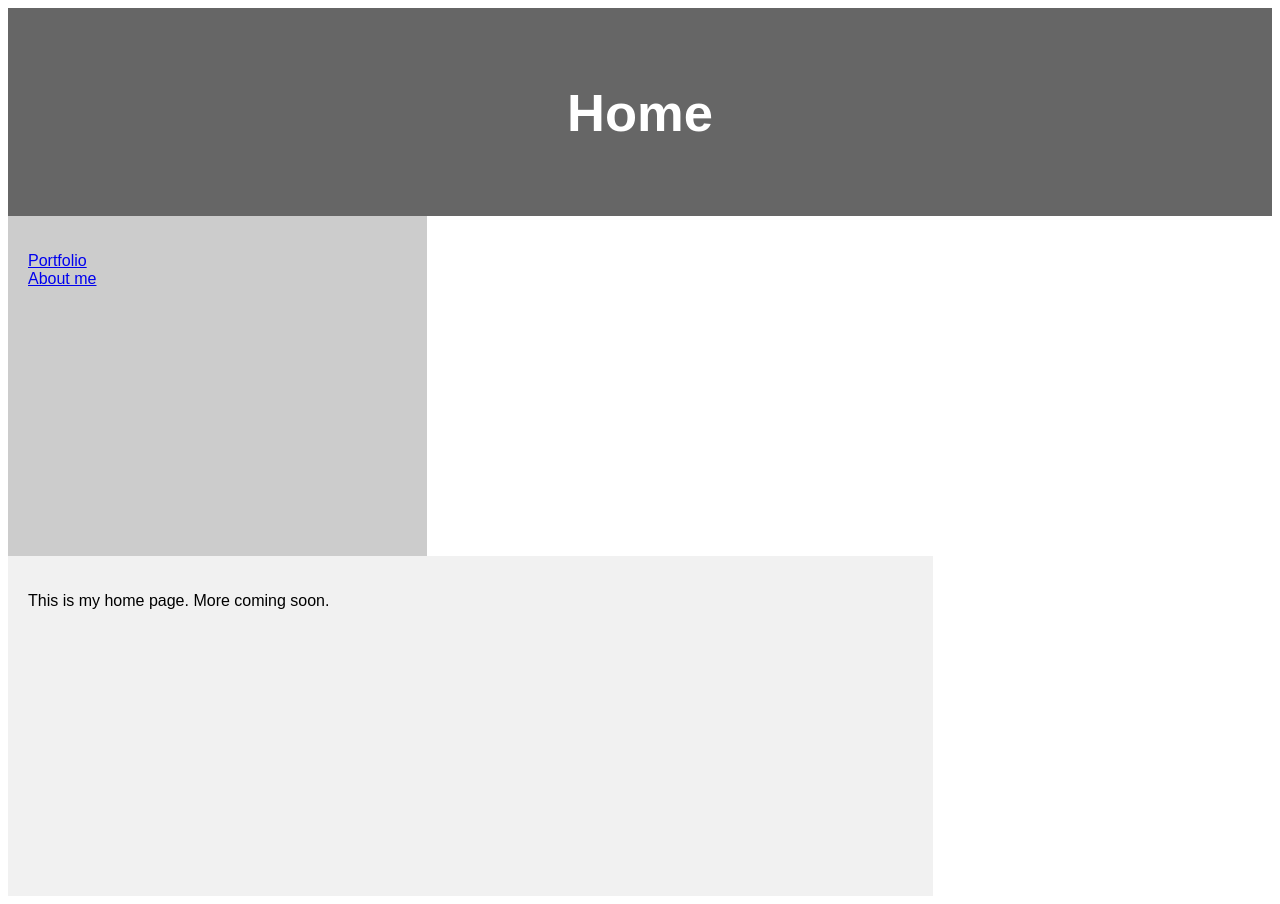
Repository: Cedric-floressantos/Cedric-floressantos.github.io
Page: my_website/index.html
The author's editor kept a record of every edit. The page is drawn from the files as they stood at one moment, then again after the next edit.
The browser window is 1280 px wide. The pictures show the whole page.

Above is the page before.

After the next edit:
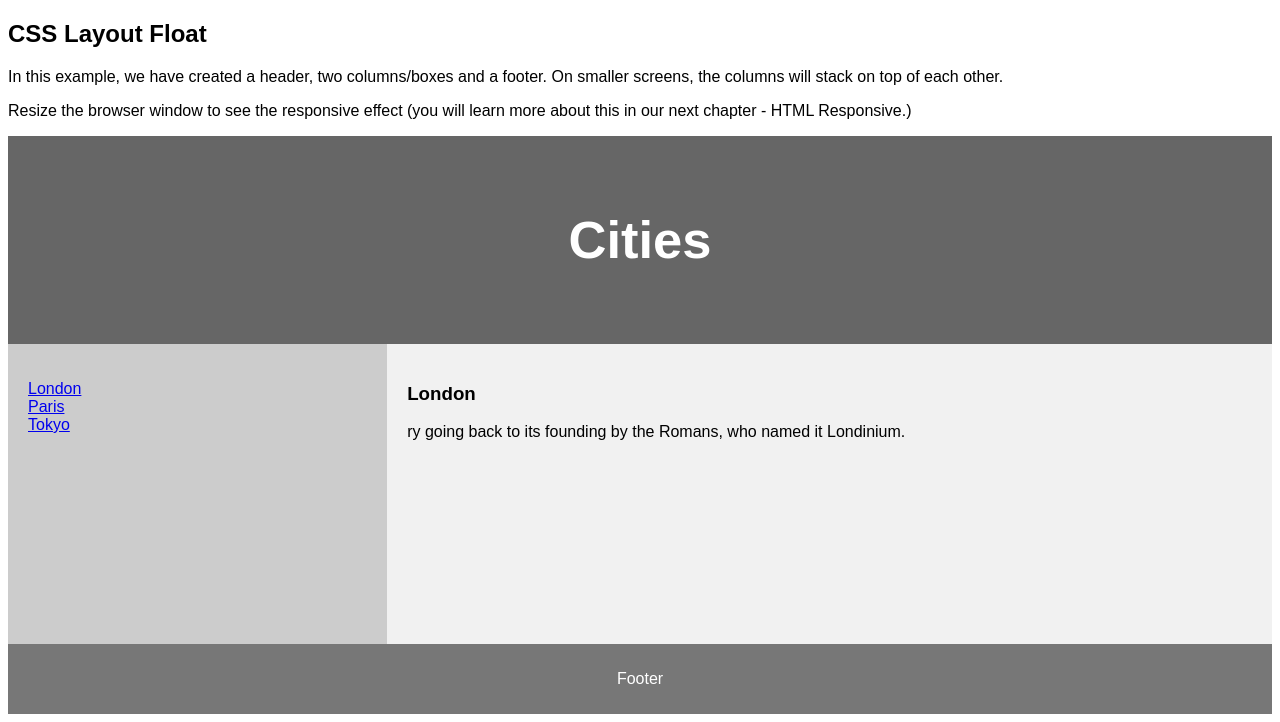
The edit:
--- a/my_website/index.html
+++ b/my_website/index.html
@@ -5,6 +5,9 @@
 <meta charset="utf-8">
 <meta name="viewport" content="width=device-width, initial-scale=1">
 <style>
+* {
+  box-sizing: border-box;
+}
 
 body {
   font-family: Arial, Helvetica, sans-serif;
@@ -39,16 +42,17 @@
   padding: 20px;
   width: 70%;
   background-color: #f1f1f1;
-  height: 300px;
+  height: 300px; /* only for demonstration, should be removed */
 }
 
+/* Clear floats after the columns */
 section:after {
   content: "";
   display: table;
   clear: both;
 }
 
-
+/* Style the footer */
 footer {
   background-color: #777;
   padding: 10px;
@@ -56,7 +60,7 @@
   color: white;
 }
 
-
+/* Responsive layout - makes the two columns/boxes stack on top of each other instead of next to each other, on small screens */
 @media (max-width: 600px) {
   nav, article {
     width: 100%;
@@ -67,22 +71,32 @@
 </head>
 <body>
 
+<h2>CSS Layout Float</h2>
+<p>In this example, we have created a header, two columns/boxes and a footer. On smaller screens, the columns will stack on top of each other.</p>
+<p>Resize the browser window to see the responsive effect (you will learn more about this in our next chapter - HTML Responsive.)</p>
+
 <header>
-  <h2>Home</h2>
+  <h2>Cities</h2>
 </header>
 
 <section>
   <nav>
     <ul>
-      <li> <a href="portfolio.html">Portfolio</a></li>
-      <li><a href="Aboutme.html">About me</a></li>
+      <li><a href="#">London</a></li>
+      <li><a href="#">Paris</a></li>
+      <li><a href="#">Tokyo</a></li>
     </ul>
   </nav>
 
   <article>
-
-    <p>This is my home page. More coming soon.<p>
+    <h1>London</h1>
+    <p> ry going back to its founding by the Romans, who named it Londinium.</p>
   </article>
 </section>
+
+<footer>
+  <p>Footer</p>
+</footer>
+
 </body>
 </html>
